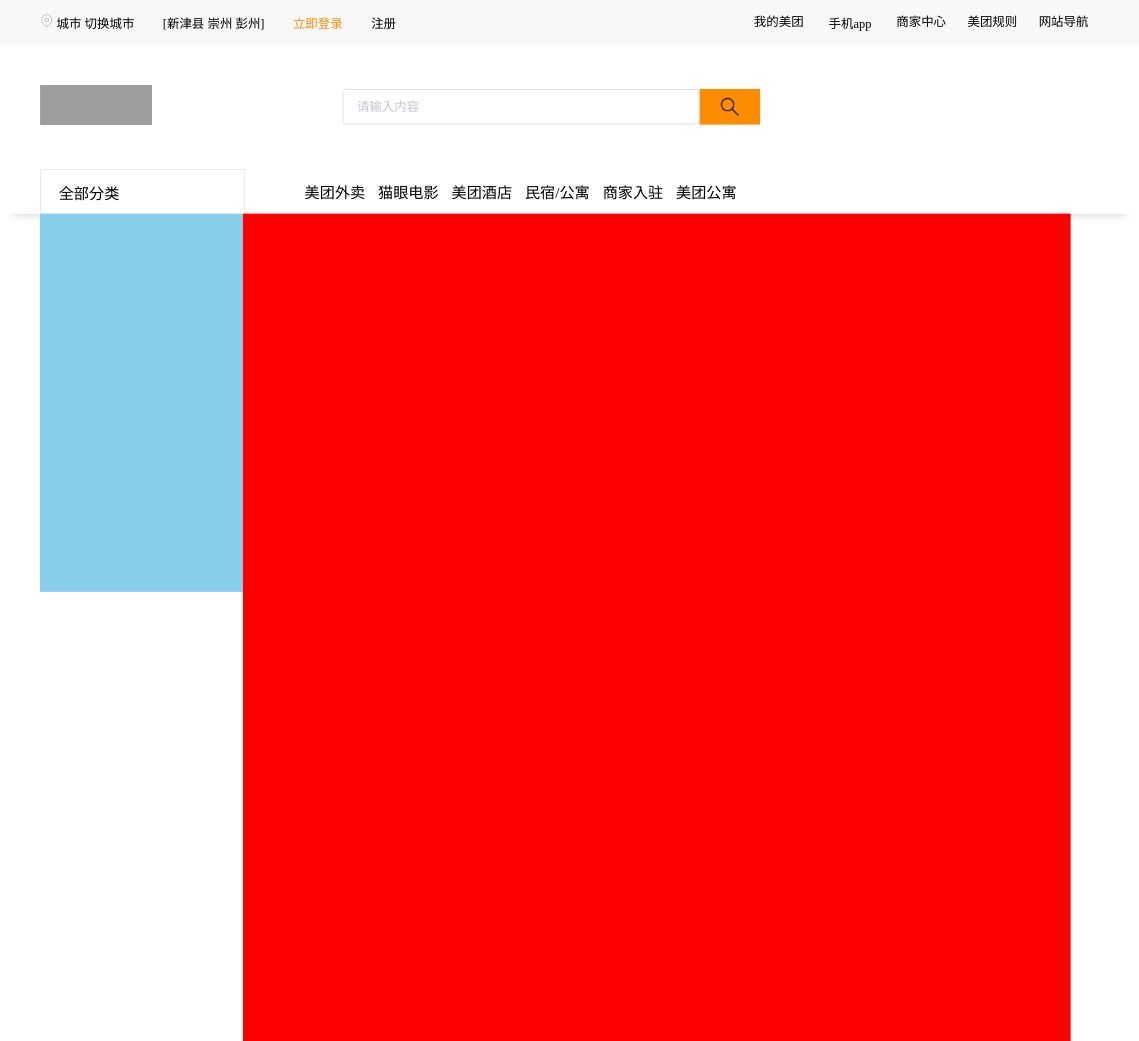
Repository: jinggegeZ/-
Page: /
The author's editor kept a copy of each file at every save. The page is drawn from the files as they stood at one save, then again after a run of saves.
The browser window is 1280 px wide. The pictures show the whole page, at 89% of full size.
Pictures or frames that could not be fetched are drawn as grey boxes. The page's requests for data from a server got no answer. The project was rebuilt for these pictures with package versions that can differ from the ones it lists, and the page was loaded fresh each time. No one was signed in, and anything a server would have sent is missing. Also part of the build but not shown: vue.config.js.

Above is the page before, as saved 2020-08-20 15:19:02.

After the next 2 saves:
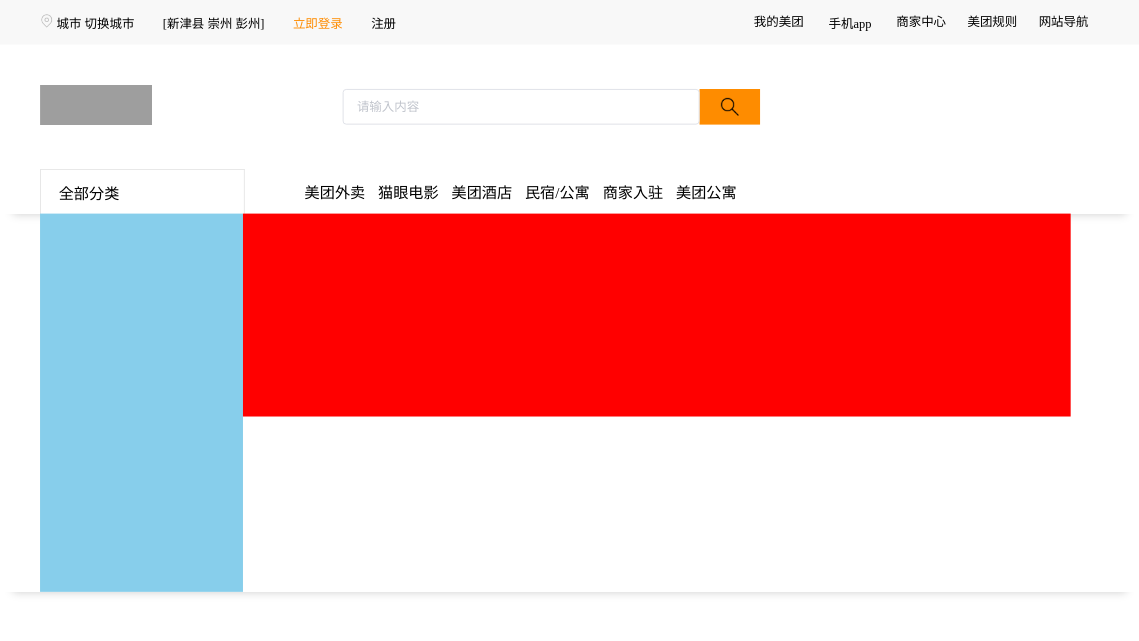
The 2 saves are shown as one change because they came seconds apart.
The last was saved 8 s later.
--- a/src/style/style.css
+++ b/src/style/style.css
@@ -308,6 +308,6 @@
 }
 .navrightbox {
     width: 930px;
-    height: 930px;
+    height: 228px;
     background: red;
 }
